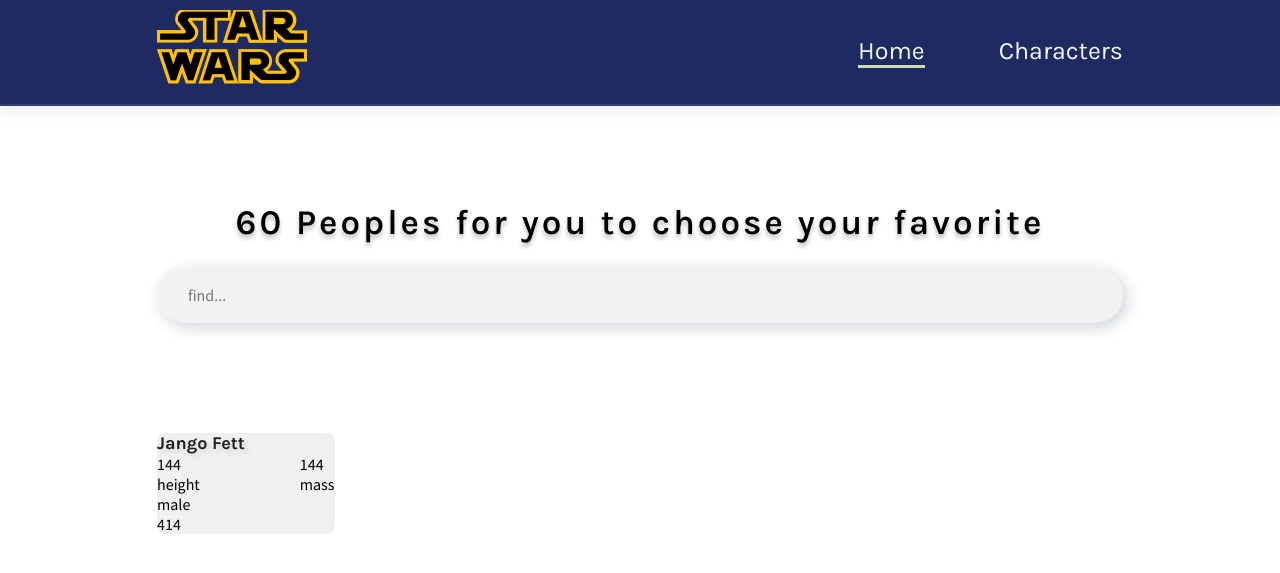
Repository: Alexey2236/starwars
Page: /characters
An editor plug-in stored every save of this project. The page is shown before and after the next save, followed by the edit.
The browser window is 1280 px wide. The pictures show the whole page.
The project was rebuilt for these pictures with package versions that can differ from the ones it lists, and the page was loaded fresh each time. Also part of the build but not shown: src/pages/homePage/homePage.css, src/pages/homePage/HomePage.jsx, src/pages/errorPage/ErrorPage.jsx.

Above is the page before, as saved 2022-10-28 15:50:17.

### src/index.css
@import url("https://fonts.googleapis.com/css2?family=Karla:wght@200;300;400;500;600;700;800&family=Source+Sans+Pro&display=swap");
body {
  font-family: "Karla", sans-serif;
  font-family: "Source Sans Pro", sans-serif;
  padding: 0;
  margin: 0;
}
* {
  box-sizing: border-box;
  text-decoration: none;
}

.container {
  max-width: 1125px;
  margin: 0 auto;
}

### src/App.js
import { BrowserRouter, Routes, Route } from "react-router-dom";
import HomePage from "./pages/homePage/HomePage";
import CharactersPage from "./pages/charactersPage/CharactersPage";
import ErrorPage from "./pages/errorPage/ErrorPage";
import Header from "./components/header/Header";
function App() {
  return (
    <BrowserRouter>
      <div className="App">
        <Header />
        <Routes>
          <Route exact path="/" element={<HomePage />} />
          <Route exact path="/characters" element={<CharactersPage />} />
          <Route path="*" element={<ErrorPage />} />
        </Routes>
      </div>
    </BrowserRouter>
  );
}

export default App;

### src/pages/charactersPage/CharactersPage.jsx
import "./characters.css";
function CharactersPage() {
  return (
    <div className="characters-page">
      <h1 className="char-title">60 Peoples for you to choose your favorite</h1>
      <input className="char-search" type="text" placeholder="find..." />
      <div className="char-list">
        <div className="char-card">
          <div className="name">Jango Fett</div>
          <div className="char-options">
            <div className="height">
              <div className="height-value">144</div>
              <div className="height-name">height</div>
            </div>
            <div className="mass">
              <div className="mass-value">144</div>
              <div className="mass-name">mass</div>
            </div>
          </div>
          <div className="age-gender">
            <div className="gender">male</div>
            <div className="age">414</div>
          </div>
        </div>
      </div>
    </div>
  );
}

export default CharactersPage;

### src/components/header/Header.jsx
import { Link } from "react-router-dom";
import logo from "../../img/logo.png";
import './header.css'
function Header() {
  return (
    <div className="header">

        <Link className="logo" to="/">
        <img src={logo} alt="" />
      </Link>
      <div className="nav">
        <Link className="header-link active" to="/">
          Home
        </Link>
        <Link className="header-link" to="/characters">
          Characters
        </Link>
      </div>
    </div>
  );
}

export default Header;

### src/pages/charactersPage/characters.css
.characters-page {
  padding: 73px 157px 0 157px;
  display: flex;
  flex-direction: column;
}

.char-title {
  font-family: "Karla";
  font-style: normal;
  font-weight: 600;
  font-size: 35px;
  line-height: 41px;
  text-align: center;
  letter-spacing: 3px;
  color: #000000;
  text-shadow: 0px 4px 4px rgba(0, 0, 0, 0.25);
}

.char-search {
  margin-top: 36px auto;
  padding: 18px 896px 18px 31px;
  background: #f2f2f2;
  border: none;
  box-shadow: 4px 4px 16px rgba(1, 28, 64, 0.2);
  border-radius: 40px;
  font-family: "Source Sans Pro";
  font-style: normal;
  font-weight: 400;
  font-size: 16px;
  line-height: 20px;
  color: rgba(33, 33, 33, 0.8);
}

.char-list {
  margin-top: 110px;
  display: flex;
  justify-content: space-between;
  flex-wrap: wrap;
}

.char-card {
  background: #f0f0f0;
  border-radius: 8px;
}

.name {
  font-family: "Karla";
  font-style: normal;
  font-weight: 700;
  font-size: 18px;
  line-height: 21px;
  color: #212121;
  text-shadow: 4px 4px 4px rgba(33, 33, 33, 0.1);
}

.char-options{
   display: flex;
   column-gap: 100px;
}

### src/components/header/header.css
.header {
  display: flex;
  align-items: center;
  justify-content: space-between;
  padding: 10px 157px;
  background: #1f2a63;
  box-shadow: 0px 4px 16px rgba(136, 146, 160, 0.2);
  border-bottom: 2px solid rgba(136, 146, 160, 0.2);
}

.nav {
  display: flex;
  column-gap: 74px;
}

.header-link {
  font-family: "Karla";
  font-style: normal;
  font-weight: 400;
  font-size: 25px;
  line-height: 29px;

  color: #f6f7f9;
}

.active {
  border-bottom: 3px solid #cfdab0;
}

Loaded but not shown: public/index.html (common file); src/index.js (common file)

After the next save:
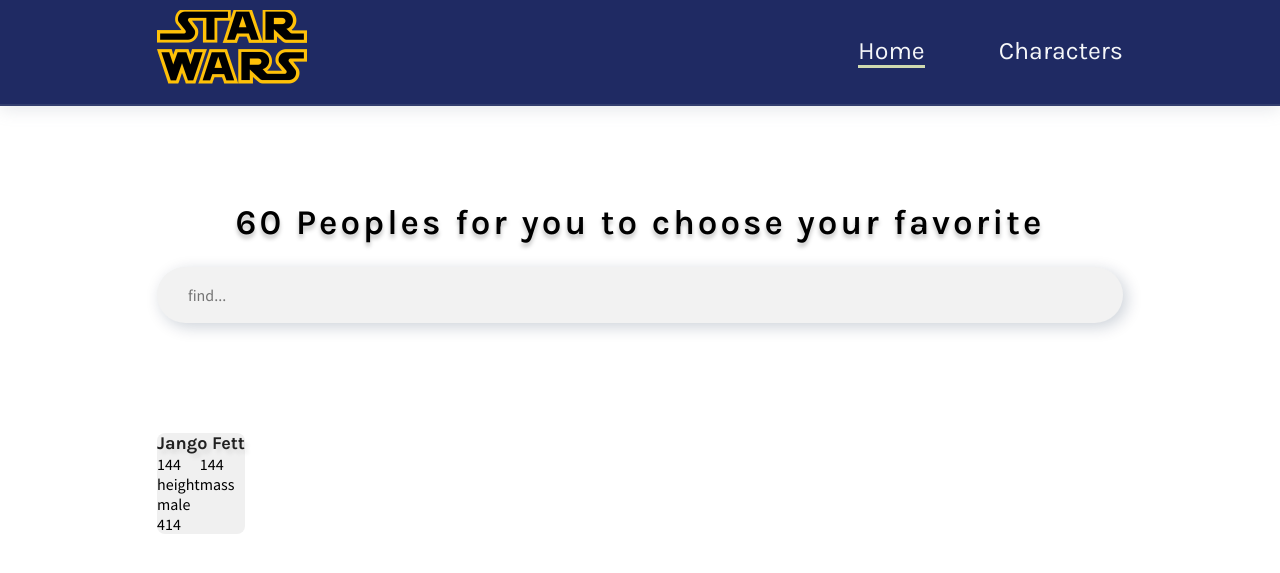
Saved 19 s later.
--- a/src/pages/charactersPage/characters.css
+++ b/src/pages/charactersPage/characters.css
@@ -55,5 +55,4 @@
 
 .char-options{
    display: flex;
-   column-gap: 100px;
 }
